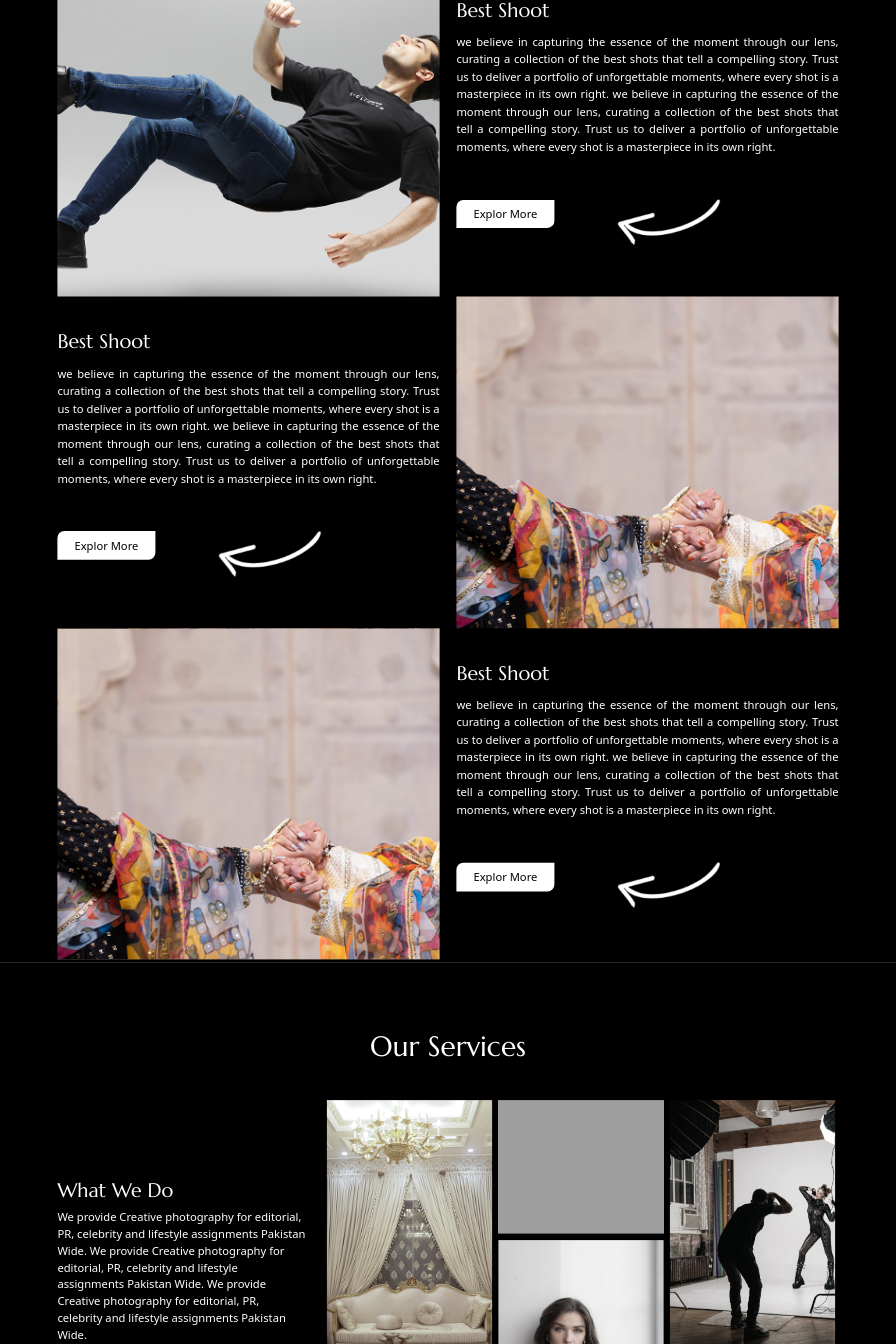
Repository: sagheerNaskSoft/nask-studio-sec-phase
Page: /
These files come from the project's save history. The page is drawn as it stood at one moment and after the next save; the edit follows.
The browser window is 1280 px wide. The pictures show the part of the page from y = 1372 to 3292 px (the page is 4302 px tall), at 70% of full size.
Pictures or frames that could not be fetched are drawn as grey boxes. Backgrounds fixed to the window are drawn as part of the page. The project was rebuilt for these pictures with package versions that can differ from the ones it lists, and the page was loaded fresh each time. Also part of the build but not shown: src/Pages/About.js, src/Component/NavFooter/NavBar.js, src/Component/WeddingSets/Banner.js, src/Component/WeddingSets/StudioSection.js, src/Pages/WeddingSets.js, src/Component/ProductionService/Form1.js, src/Component/ProductionService/Form2.js, src/Component/ProductionService/Form3.js and 12 more.

Above is the page before, as saved 2025-01-31 20:53:17.

### public/index.html
<!DOCTYPE html>
<html lang="en">
  <head>
    <meta charset="utf-8" />
    <link rel="icon" href="%PUBLIC_URL%/favicon.ico" />
    <meta name="viewport" content="width=device-width, initial-scale=1" />
    <meta name="theme-color" content="#000000" />
    <meta
      name="description"
      content="Web site created using create-react-app"
    />
    <link rel="apple-touch-icon" href="%PUBLIC_URL%/logo192.png" />
    <!--
      manifest.json provides metadata used when your web app is installed on a
      user's mobile device or desktop. See https://developers.google.com/web/fundamentals/web-app-manifest/
    -->
    <link rel="manifest" href="%PUBLIC_URL%/manifest.json" />
    <!--
      Notice the use of %PUBLIC_URL% in the tags above.
      It will be replaced with the URL of the `public` folder during the build.
      Only files inside the `public` folder can be referenced from the HTML.

      Unlike "/favicon.ico" or "favicon.ico", "%PUBLIC_URL%/favicon.ico" will
      work correctly both with client-side routing and a non-root public URL.
      Learn how to configure a non-root public URL by running `npm run build`.
    -->
    <title>Nask Studio | Studio Space | Studio Rent</title>
  </head>
  <body>
    <noscript>You need to enable JavaScript to run this app.</noscript>
    <div id="root"></div>
    <!--
      This HTML file is a template.
      If you open it directly in the browser, you will see an empty page.

      You can add webfonts, meta tags, or analytics to this file.
      The build step will place the bundled scripts into the <body> tag.

      To begin the development, run `npm start` or `yarn start`.
      To create a production bundle, use `npm run build` or `yarn build`.
    -->
  </body>
</html>

### src/Component/HomePage/ShootSection.js
import React from 'react'
import { PiFlipVerticalLight } from 'react-icons/pi'
import arrow from '../../Assete/logo/arrow.png'
import img from '../../Assete/studio/download.jpg'
import img1 from '../../Assete/studio/images.jpg'
import img2 from '../../Assete/studio/shadows-and-model-profiles-1200x675.jpg'
import img3 from '../../Assete/studio/images (1).jpg'
function ShootSection({mousePosition}) {
  return (
    <div className='shoot-section p-1'>
        <div className='container'>
        <h1 className='text-center my-5'>Best Shoot</h1>
            <div className='row '>
                <div className='col-lg-6 py-5'>
                <div class="col-lg-6">
                <div class="front-img d-sm-none d-block mb-5">
                    <img className='w-100' src={img}alt='.../'/>
                </div>
                </div>
                    <div>
                        <h3>Creative Infinty</h3>
                        <p className='mt-3'>we believe in capturing the essence of the moment through our lens, curating a collection of the best shots that tell a compelling story. Trust us to deliver a portfolio of unforgettable moments, where every shot is a masterpiece in its own right.
                        we believe in capturing the essence of the moment through our lens, curating a collection of the best shots that tell a compelling story. Trust us to deliver a portfolio of unforgettable moments, where every shot is a masterpiece in its own right.
                        </p>
                        <button className='banner_btn'>Explor More  <PiFlipVerticalLight className="btn_icon"/></button>
                        <img src={arrow} style={{transform:"rotate(180deg)"}} alt='arrow'/>
                    </div>
                </div>
                <div className='col-lg-6'>
                   <div className='img-back'></div>
                </div>

            </div>
            <div className='row'>
            <div className='col-lg-6'>
                   <div className='img-back'></div>
                </div>
                <div className='col-lg-6 py-5'>
                <div class="col-lg-6">
                <div class="front-img d-sm-none d-block mb-5">
                    <img className='w-100' src={img1}alt='.../'/>
                </div>
                </div>
                    <div>
                        <h3>Best Shoot</h3>
                        <p className='mt-3'>we believe in capturing the essence of the moment through our lens, curating a collection of the best shots that tell a compelling story. Trust us to deliver a portfolio of unforgettable moments, where every shot is a masterpiece in its own right.
                        we believe in capturing the essence of the moment through our lens, curating a collection of the best shots that tell a compelling story. Trust us to deliver a portfolio of unforgettable moments, where every shot is a masterpiece in its own right.
                        </p>
                        <button className='banner_btn'>Explor More  <PiFlipVerticalLight className="btn_icon"/></button>
                        <img src={arrow} style={{transform:"rotate(180deg)"}} alt='arrow'/>
                    </div>
                </div>

            </div>
            <div className='row'>
                <div className='col-lg-6 py-5'>
                <div class="front-img d-sm-none d-block">
                    <img className='w-100' src={img2}alt='.../'/>
                </div>
                    <div className='mt-sm-0 mt-5'>
                        <h3>Best Shoot</h3>
                        <p className='mt-3'>we believe in capturing the essence of the moment through our lens, curating a collection of the best shots that tell a compelling story. Trust us to deliver a portfolio of unforgettable moments, where every shot is a masterpiece in its own right.
                        we believe in capturing the essence of the moment through our lens, curating a collection of the best shots that tell a compelling story. Trust us to deliver a portfolio of unforgettable moments, where every shot is a masterpiece in its own right.
                        </p>
                        <button className='banner_btn'>Explor More  <PiFlipVerticalLight className="btn_icon"/></button>
                        <img src={arrow} style={{transform:"rotate(180deg)"}} alt='arrow'/>
                    </div>
                </div>
                <div className='col-lg-6'>
                   <div className='img-back2'></div>
                </div>
            </div>
            <div className='row'>
            <div className='col-lg-6'>
                   <div className='img-back2'></div>
                </div>
                <div className='col-lg-6 py-5'>
                <div class="col-lg-6">
                <div class="front-img w-100 h-100 d-sm-none d-block mb-5">
                    <img className='w-100 h-75' src={img3}alt='.../'/>
                </div>
                </div>
                    <div>
                        <h3>Best Shoot</h3>
                        <p className='mt-3'>we believe in capturing the essence of the moment through our lens, curating a collection of the best shots that tell a compelling story. Trust us to deliver a portfolio of unforgettable moments, where every shot is a masterpiece in its own right.
                        we believe in capturing the essence of the moment through our lens, curating a collection of the best shots that tell a compelling story. Trust us to deliver a portfolio of unforgettable moments, where every shot is a masterpiece in its own right.
                        </p>
                        <button className='banner_btn'>Explor More  <PiFlipVerticalLight className="btn_icon"/></button>
                        <img src={arrow} style={{transform:"rotate(180deg)"}} alt='arrow'/>
                    </div>
                </div>
            </div>

        </div>
  </div>
  )
}

export default ShootSection

Loaded but not shown: src/index.js (common file); src/index.css (common file); src/reportWebVitals.js (common file); src/Component/HomePage/Banner.js (169 lines, source omitted); src/Component/NavFooter/Footer.js (43 lines, source omitted); src/Component/HomePage/SerivceSetion.js (67 lines, source omitted); src/Pages/Home.js (36 lines, source omitted); src/App.js (31 lines, source omitted); src/App.css (760 lines, source omitted)

After the next save:
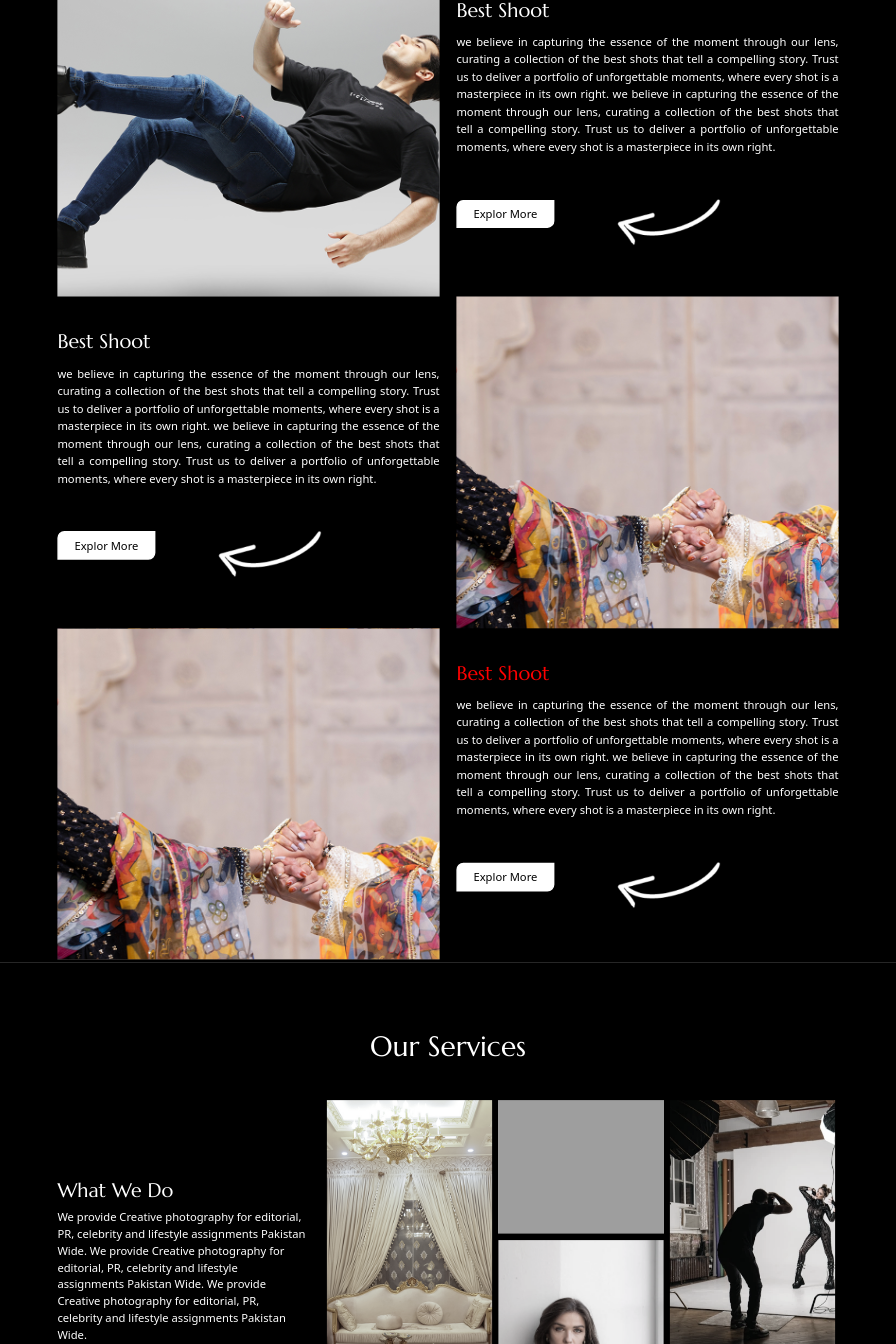
Saved 18 s later.
--- a/src/Component/HomePage/ShootSection.js
+++ b/src/Component/HomePage/ShootSection.js
@@ -81,7 +81,7 @@
                 </div>
                 </div>
                     <div>
-                        <h3>Best Shoot</h3>
+                        <h3 style={{color:'red'}}>Best Shoot</h3>
                         <p className='mt-3'>we believe in capturing the essence of the moment through our lens, curating a collection of the best shots that tell a compelling story. Trust us to deliver a portfolio of unforgettable moments, where every shot is a masterpiece in its own right.
                         we believe in capturing the essence of the moment through our lens, curating a collection of the best shots that tell a compelling story. Trust us to deliver a portfolio of unforgettable moments, where every shot is a masterpiece in its own right.
                         </p>

After the save that followed:
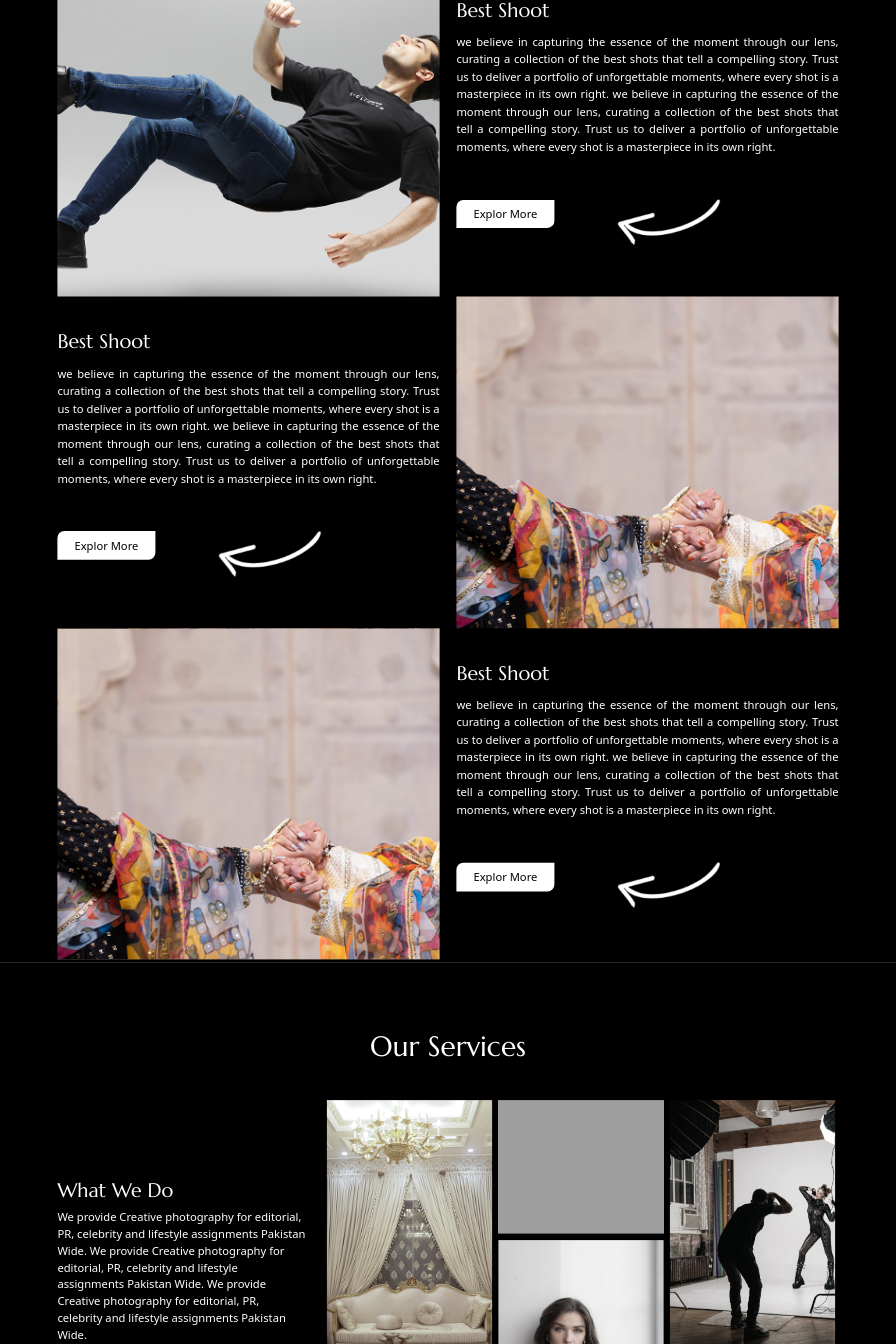
Saved 16 s later.
--- a/src/Component/HomePage/ShootSection.js
+++ b/src/Component/HomePage/ShootSection.js
@@ -81,7 +81,7 @@
                 </div>
                 </div>
                     <div>
-                        <h3 style={{color:'red'}}>Best Shoot</h3>
+                        <h3>Best Shoot</h3>
                         <p className='mt-3'>we believe in capturing the essence of the moment through our lens, curating a collection of the best shots that tell a compelling story. Trust us to deliver a portfolio of unforgettable moments, where every shot is a masterpiece in its own right.
                         we believe in capturing the essence of the moment through our lens, curating a collection of the best shots that tell a compelling story. Trust us to deliver a portfolio of unforgettable moments, where every shot is a masterpiece in its own right.
                         </p>
